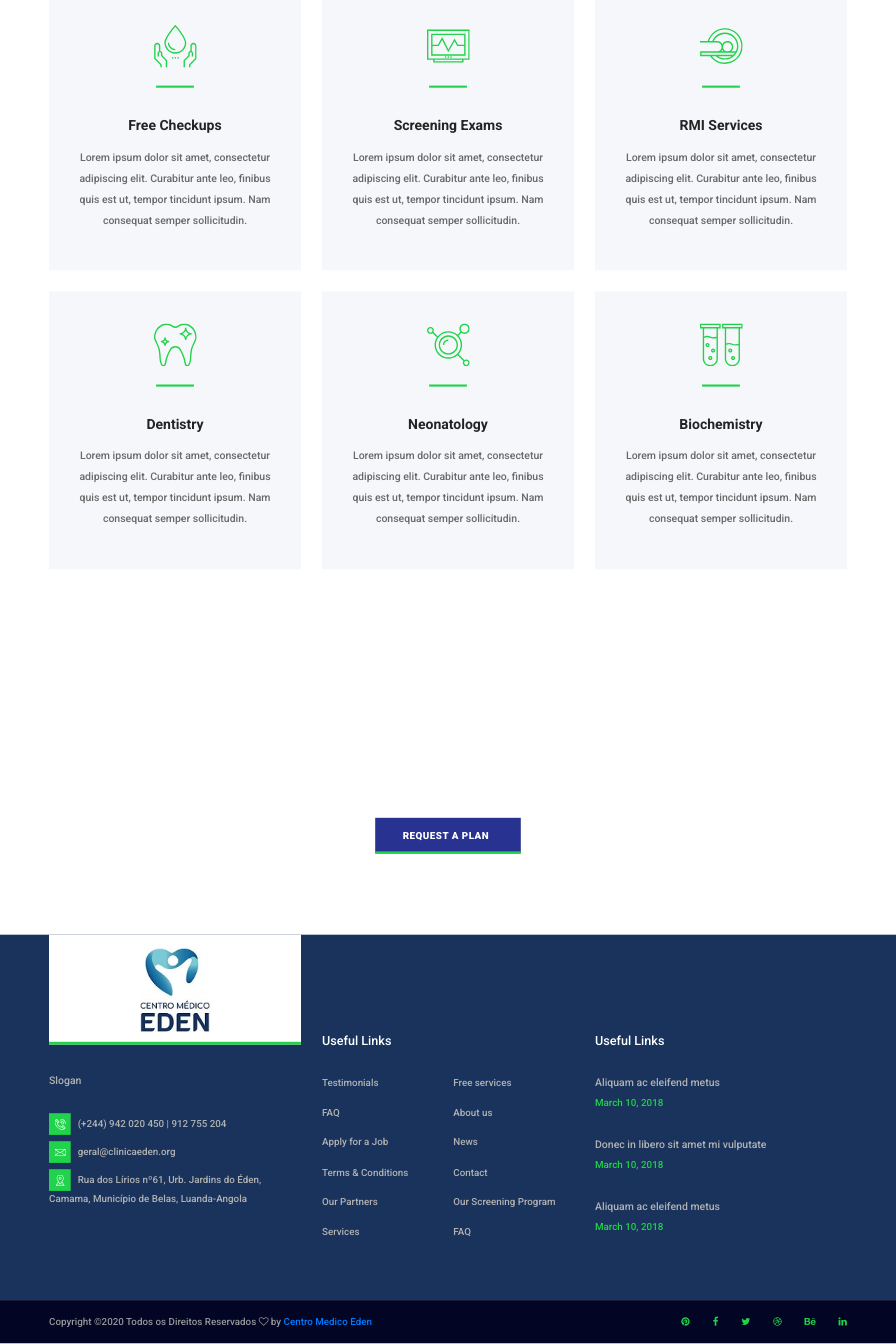
Repository: Nanitamo/centro-medico-eden-webpage
Page: index.html
An editor plug-in stored every save of this project. The page is shown before and after the next save, followed by the edit.
The browser window is 1280 px wide. The pictures show the part of the page from y = 2615 to 4535 px (the page is 4535 px tall before and 4518 px after), at 70% of full size.

Above is the page before, as saved 2020-06-18 15:44:08.

### index.html
<!DOCTYPE html>
<html lang="pt">
<head>
<title>Centro Médico Eden</title>
<meta charset="utf-8">
<meta http-equiv="X-UA-Compatible" content="IE=edge">
<meta name="description" content="CareMed demo project">
<meta name="viewport" content="width=device-width, initial-scale=1">
<link rel="stylesheet" type="text/css" href="styles/bootstrap4/bootstrap.min.css">
<link href="plugins/font-awesome-4.7.0/css/font-awesome.min.css" rel="stylesheet" type="text/css">
<link rel="stylesheet" type="text/css" href="plugins/OwlCarousel2-2.2.1/owl.carousel.css">
<link rel="stylesheet" type="text/css" href="plugins/OwlCarousel2-2.2.1/owl.theme.default.css">
<link rel="stylesheet" type="text/css" href="plugins/OwlCarousel2-2.2.1/animate.css">
<link rel="stylesheet" type="text/css" href="styles/main_styles.css">
<link rel="stylesheet" type="text/css" href="styles/responsive.css">
</head>
<body>

<div class="super_container">

	<!-- Header -->

	<header class="header trans_200">

		<!-- Top Bar -->
		<div class="top_bar">
			<div class="container">
				<div class="row">
					<div class="col">
						<div class="top_bar_content d-flex flex-row align-items-center justify-content-start">
							<!-- <div class="top_bar_item"><a href="#">FAQ</a></div>
							<div class="top_bar_item"><a href="#">Request an Appointment</a></div> -->
							<div class="emergencies  d-flex flex-row align-items-center justify-content-start ml-auto">Emergencias: +244 928 819 392</div>
						</div>

					</div>
				</div>
			</div>
		</div>

		<!-- Header Content -->
		<div class="header_container">
			<div class="container">
				<div class="row">
					<div class="col">
						<div class="header_content d-flex flex-row align-items-center justify-content-start">
							<nav class="main_nav ml-auto">
								<ul>
									<li><a href="index.html">Home</a></li>
									<li><a href="about.html">Sobre Nos</a></li>
									<li><a href="services.html">Serviços</a></li>
									<li><a href="news.html">News</a></li>
									<li><a href="contact.html">Contactos</a></li>
								</ul>
							</nav>
							<div class="hamburger ml-auto"><i class="fa fa-bars" aria-hidden="true"></i></div>
						</div>
					</div>
				</div>
			</div>
		</div>

		<!-- Logo -->
		<div class="logo_container_outer">
			<div class="container">
				<div class="row">
					<div class="col">
						<div class="logo_container">
							<a href="#">
								<div class="logo_content d-flex flex-column align-items-start justify-content-center">
									<!-- <div class="logo_line"></div>
									<div class="logo d-flex flex-row align-items-center justify-content-center">
										<div class="logo_text">Care<span>Med</span></div>
										<div class="logo_box">+</div>
									</div>
									<div class="logo_sub">Health Care Center</div> -->
									<img src="./images/logo.jpg" alt="Logotipo" >
								</div>
							</a>
						</div>
					</div>
				</div>
			</div>
		</div>

	</header>

	<!-- Menu -->

	<div class="menu_container menu_mm">

		<!-- Menu Close Button -->
		<div class="menu_close_container">
			<div class="menu_close"></div>
		</div>

		<!-- Menu Items -->
		<div class="menu_inner menu_mm">
			<div class="menu menu_mm">
				<ul class="menu_list menu_mm">
					<li class="menu_item menu_mm"><a href="index.html">Home</a></li>
					<li class="menu_item menu_mm"><a href="about.html">Sobre Nos</a></li>
					<li class="menu_item menu_mm"><a href="services.html">Serviços</a></li>
					<li class="menu_item menu_mm"><a href="news.html">News</a></li>
					<li class="menu_item menu_mm"><a href="contact.html">Contactos</a></li>
				</ul>
			</div>
			<div class="menu_extra">
				<div class="menu_appointment"><a href="#">Request an Appointment</a></div>
				<div class="menu_emergencies">Para Emergencias: +244 928 819 392</div>
			</div>

		</div>

	</div>

	<!-- Home -->

	<div class="home">
		<div class="home_slider_container">
			<!-- Home Slider -->
			<div class="owl-carousel owl-theme home_slider">

				<!-- Slider Item -->
				<div class="owl-item">
					<div class="home_slider_background" style="background-image:url(images/home_background_1.jpg)"></div>
					<div class="home_content">
						<div class="container">
							<div class="row">
								<div class="col">
									<div class="home_content_inner">
										<div class="home_title"><h1>Medicine made with care</h1></div>
										<div class="home_text">
											<p>Lorem ipsum dolor sit amet, consectetur adipiscing elit. Mauris tempus vestibulum mauris quis aliquam. Integer accumsan sodales odio, id tempus velit ullamcorper id. Quisque at erat eu.</p>
										</div>
										<div class="button home_button">
											<a href="#">read more</a>
										</div>
									</div>
								</div>
							</div>
						</div>
					</div>
				</div>

				<!-- Slider Item -->
				<div class="owl-item">
					<div class="home_slider_background" style="background-image:url(images/home_background_1.jpg)"></div>
					<div class="home_content">
						<div class="container">
							<div class="row">
								<div class="col">
									<div class="home_content_inner">
										<div class="home_title"><h1>Medicine made with care</h1></div>
										<div class="home_text">
											<p>Lorem ipsum dolor sit amet, consectetur adipiscing elit. Mauris tempus vestibulum mauris quis aliquam. Integer accumsan sodales odio, id tempus velit ullamcorper id. Quisque at erat eu.</p>
										</div>
										<div class="button home_button">
											<a href="#">read more</a>
										</div>
									</div>
								</div>
							</div>
						</div>
					</div>
				</div>

				<!-- Slider Item -->
				<div class="owl-item">
					<div class="home_slider_background" style="background-image:url(images/home_background_1.jpg)"></div>
					<div class="home_content">
						<div class="container">
							<div class="row">
								<div class="col">
									<div class="home_content_inner">
										<div class="home_title"><h1>Medicine made with care</h1></div>
										<div class="home_text">
											<p>Lorem ipsum dolor sit amet, consectetur adipiscing elit. Mauris tempus vestibulum mauris quis aliquam. Integer accumsan sodales odio, id tempus velit ullamcorper id. Quisque at erat eu.</p>
										</div>
										<div class="button home_button">
											<a href="#">read more</a>
										</div>
									</div>
								</div>
							</div>
						</div>
					</div>
				</div>

			</div>

			<!-- Slider Progress -->
			<div class="home_slider_progress"></div>
		</div>
	</div>

	<!-- 3 Boxes -->

	<div class="boxes">
		<div class="container">
			<div class="row">

				<!-- Box -->
				<div class="col-lg-4 box_col">
					<div class="box working_hours">
						<div class="box_icon d-flex flex-column align-items-start justify-content-center"><div style="width:29px; height:29px;"><img src="images/alarm-clock.svg" alt=""></div></div>
						<div class="box_title">Horário de Trabalho</div>
						<div class="working_hours_list">
							<ul>
								<li class="d-flex flex-row align-items-center justify-content-start">
									<div>Segunda – Sexta-Feira</div>
									<div class="ml-auto">8h00 – 19h00</div>
								</li>
								<li class="d-flex flex-row align-items-center justify-content-start">
									<div>Sábado</div>
									<div class="ml-auto">9h30 – 17h00</div>
								</li>
								<li class="d-flex flex-row align-items-center justify-content-start">
									<div>Domingo</div>
									<div class="ml-auto">9h30 – 15h00</div>
								</li>
							</ul>
						</div>
					</div>
				</div>

				<!-- Box -->
				<!-- <div class="col-lg-4 box_col">
					<div class="box box_appointments">
						<div class="box_icon d-flex flex-column align-items-start justify-content-center"><div style="width: 29px; height:29px;"><img src="images/phone-call.svg" alt=""></div></div>
						<div class="box_title">Appointments</div>
						<div class="box_text">Lorem ipsum dolor sit amet, consectetur adipiscing elit. Curabitur ante leo, finibus quis est ut, tempor tincidunt ipsum. Nam cons equat semper sollicitudin.</div>
					</div>
				</div> -->

				<!-- Box -->
				<div class="col-lg-4 box_col">
					<div class="box box_emergency">
						<div class="box_icon d-flex flex-column align-items-start justify-content-center"><div style="width: 37px; height:37px; margin-left:-4px;"><img src="images/bell.svg" alt=""></div></div>
						<div class="box_title">Contactos de Emergencias</div>
						<div class="box_phone">+244 928 819 392</div>
						<div class="box_emergency_text">Lorem ipsum dolor sit amet, consectetur adipiscing elit. Curabitur ante leo.</div>
					</div>
				</div>

			</div>
		</div>
	</div>

	<!-- About -->

	<div class="about">
		<div class="container">
			<div class="row row-lg-eq-height">

				<!-- About Content -->
				<div class="col-lg-7">
					<div class="about_content">
						<div class="section_title"><h2>A great medical team to help your needs</h2></div>
						<div class="about_text">
							<p>Lorem ipsum dolor sit amet, consectetur adipiscing elit. Curabitur ante leo, finibus quis est ut, tempor tincidunt ipsum. Nam consequat semper sollicitudin. Aliquam nec dapibus massa. Pellen tesque in luctus ex. Praesent luctus erat sit amet tortor aliquam bibendum. Nulla ut molestie augue, scelerisque consectetur quam. Dolor sit amet, consectetur adipiscing elit. Cura bitur ante leo, finibus quis est ut, tempor tincidunt ipsum. Nam consequat semper sollicitudin. Aliquam nec dapibus massa. Pellentesque in luctus ex.</p>
						</div>
						<div class="button about_button">
							<a href="#">read more</a>
						</div>
					</div>
				</div>

				<!-- About Image -->
				<div class="col-lg-5">
					<div class="about_image"><img src="images/about.png" alt=""></div>
				</div>
			</div>
		</div>
	</div>

	<!-- Departments -->

	<div class="departments">
		<div class="departments_background parallax-window" data-parallax="scroll" data-image-src="images/departments.jpg" data-speed="0.8"></div>
		<div class="container">
			<div class="row">
				<div class="col">
					<div class="section_title section_title_light"><h2>Our Medical Departments</h2></div>
				</div>
			</div>
			<div class="row departments_row row-md-eq-height">

				<!-- Department -->
				<div class="col-lg-3 col-md-6 dept_col">
					<div class="dept">
						<div class="dept_image"><img src="images/dept_1.jpg" alt=""></div>
						<div class="dept_content text-center">
							<div class="dept_title">plastic surgery</div>
							<div class="dept_subtitle">Dr. James Smith</div>
						</div>
					</div>
				</div>

				<!-- Department -->
				<div class="col-lg-3 col-md-6 dept_col">
					<div class="dept">
						<div class="dept_image"><img src="images/dept_2.jpg" alt=""></div>
						<div class="dept_content text-center">
							<div class="dept_title">gastroenterology</div>
							<div class="dept_subtitle">Dr. Gunter Roscoe</div>
						</div>
					</div>
				</div>

				<!-- Department -->
				<div class="col-lg-3 col-md-6 dept_col">
					<div class="dept">
						<div class="dept_image"><img src="images/dept_3.jpg" alt=""></div>
						<div class="dept_content text-center">
							<div class="dept_title">dentistry</div>
							<div class="dept_subtitle">Dr. Maria Williams</div>
						</div>
					</div>
				</div>

				<!-- Department -->
				<div class="col-lg-3 col-md-6 dept_col">
					<div class="dept">
						<div class="dept_text">
							<p>Lorem ipsum dolor sit amet, consectetur adipiscing elit. Curabitur ante leo, finibus quis est ut, tempor tincidunt ipsum. Nam consequat semper sollicitudin. Aliquam nec dap ibus massa. Pellen tesque in luctus ex.</p>
						</div>
						<div class="button dept_button"><a href="#">read more</a></div>
					</div>
				</div>
			</div>
		</div>
	</div>

	<!-- Services -->

	<div class="services">
		<div class="container">
			<div class="row">
				<div class="col">
					<div class="section_title"><h2>Our Featured Services</h2></div>
				</div>
			</div>
			<div class="row services_row">

				<!-- Service -->
				<div class="col-lg-4 col-md-6 service_col">
					<a href="services.html">
						<div class="service text-center trans_200">
							<div class="service_icon"><img class="svg" src="images/service_1.svg" alt=""></div>
							<div class="service_title trans_200">Free Checkups</div>
							<div class="service_text">
								<p>Lorem ipsum dolor sit amet, consectetur adipiscing elit. Curabitur ante leo, finibus quis est ut, tempor tincidunt ipsum. Nam consequat semper sollicitudin.</p>
							</div>
						</div>
					</a>
				</div>

				<!-- Service -->
				<div class="col-lg-4 col-md-6 service_col">
					<a href="services.html">
						<div class="service text-center trans_200">
							<div class="service_icon"><img class="svg" src="images/service_2.svg" alt=""></div>
							<div class="service_title trans_200">Screening Exams</div>
							<div class="service_text">
								<p>Lorem ipsum dolor sit amet, consectetur adipiscing elit. Curabitur ante leo, finibus quis est ut, tempor tincidunt ipsum. Nam consequat semper sollicitudin.</p>
							</div>
						</div>
					</a>
				</div>

				<!-- Service -->
				<div class="col-lg-4 col-md-6 service_col">
					<a href="services.html">
						<div class="service text-center trans_200">
							<div class="service_icon"><img class="svg" src="images/service_3.svg" alt=""></div>
							<div class="service_title trans_200">RMI Services</div>
							<div class="service_text">
								<p>Lorem ipsum dolor sit amet, consectetur adipiscing elit. Curabitur ante leo, finibus quis est ut, tempor tincidunt ipsum. Nam consequat semper sollicitudin.</p>
							</div>
						</div>
					</a>
				</div>

				<!-- Service -->
				<div class="col-lg-4 col-md-6 service_col">
					<a href="services.html">
						<div class="service text-center trans_200">
							<div class="service_icon"><img class="svg" src="images/service_4.svg" alt=""></div>
							<div class="service_title trans_200">Dentistry</div>
							<div class="service_text">
								<p>Lorem ipsum dolor sit amet, consectetur adipiscing elit. Curabitur ante leo, finibus quis est ut, tempor tincidunt ipsum. Nam consequat semper sollicitudin.</p>
							</div>
						</div>
					</a>
				</div>

				<!-- Service -->
				<div class="col-lg-4 col-md-6 service_col">
					<a href="services.html">
						<div class="service text-center trans_200">
							<div class="service_icon"><img class="svg" src="images/service_5.svg" alt=""></div>
							<div class="service_title trans_200">Neonatology</div>
							<div class="service_text">
								<p>Lorem ipsum dolor sit amet, consectetur adipiscing elit. Curabitur ante leo, finibus quis est ut, tempor tincidunt ipsum. Nam consequat semper sollicitudin.</p>
							</div>
						</div>
					</a>
				</div>

				<!-- Service -->
				<div class="col-lg-4 col-md-6 service_col">
					<a href="services.html">
						<div class="service text-center trans_200">
							<div class="service_icon"><img class="svg" src="images/service_6.svg" alt=""></div>
							<div class="service_title trans_200">Biochemistry</div>
							<div class="service_text">
								<p>Lorem ipsum dolor sit amet, consectetur adipiscing elit. Curabitur ante leo, finibus quis est ut, tempor tincidunt ipsum. Nam consequat semper sollicitudin.</p>
							</div>
						</div>
					</a>
				</div>
			</div>
		</div>
	</div>

	<!-- Call to action -->

	<div class="cta">
		<div class="cta_background parallax-window" data-parallax="scroll" data-image-src="images/cta.jpg" data-speed="0.8"></div>
		<div class="container">
			<div class="row">
				<div class="col">
					<div class="cta_content text-center">
						<h2>Need a personal health plan?</h2>
						<p>Duis massa massa, mollis vel ullamcorper quis, finibus et urna. Aliquam ac eleifend metus. Ut sollicitudin risus ex</p>
						<div class="button cta_button"><a href="#">request a plan</a></div>
					</div>
				</div>
			</div>
		</div>
	</div>

	<!-- Footer -->

	<footer class="footer">
		<div class="footer_container">
			<div class="container">
				<div class="row">

					<!-- Footer - About -->
					<div class="col-lg-4 footer_col">
						<div class="footer_about">
							<div class="footer_logo_container">
								<a href="#" class="d-flex flex-column align-items-center justify-content-center">
									<!-- <div class="logo_content">
										<div class="logo d-flex flex-row align-items-center justify-content-center">
											<div class="logo_text">Care<span>Med</span></div>
											<div class="logo_box">+</div>
										</div>
										<div class="logo_sub">Health Care Center</div>
									</div> -->
									<img src="./images/logo.jpg" alt="Logotipo">
								</a>
							</div>
							<div class="footer_about_text">
								<p>Slogan</p>
							</div>
							<ul class="footer_about_list">
								<li><div class="footer_about_icon"><img src="images/phone-call.svg" alt=""></div><span>(+244) 942 020 450 | 912 755 204</span></li>
								<li><div class="footer_about_icon"><img src="images/envelope.svg" alt=""></div><span>geral@clinicaeden.org</span></li>
								<li><div class="footer_about_icon"><img src="images/placeholder.svg" alt=""></div><span>Rua dos Lírios nº61, Urb. Jardins do Éden, Camama, Município de Belas, Luanda-Angola</span></li>
							</ul>
						</div>
					</div>

					<!-- Footer - Links -->
					<div class="col-lg-4 footer_col">
						<div class="footer_links footer_column">
							<div class="footer_title">Useful Links</div>
							<ul>
								<li><a href="#">Testimonials</a></li>
								<li><a href="#">FAQ</a></li>
								<li><a href="#">Apply for a Job</a></li>
								<li><a href="#">Terms & Conditions</a></li>
								<li><a href="#">Our Partners</a></li>
								<li><a href="#">Services</a></li>
								<li><a href="#">Free services</a></li>
								<li><a href="#">About us</a></li>
								<li><a href="#">News</a></li>
								<li><a href="#">Contact</a></li>
								<li><a href="#">Our Screening Program</a></li>
								<li><a href="#">FAQ</a></li>
							</ul>
						</div>
					</div>

					<!-- Footer - News -->
					<div class="col-lg-4 footer_col">
						<div class="footer_news footer_column">
							<div class="footer_title">Useful Links</div>
							<ul>
								<li>
									<div class="footer_news_title"><a href="news.html">Aliquam ac eleifend metus</a></div>
									<div class="footer_news_date">March 10, 2018</div>
								</li>
								<li>
									<div class="footer_news_title"><a href="news.html">Donec in libero sit amet mi vulputate</a></div>
									<div class="footer_news_date">March 10, 2018</div>
								</li>
								<li>
									<div class="footer_news_title"><a href="news.html">Aliquam ac eleifend metus</a></div>
									<div class="footer_news_date">March 10, 2018</div>
								</li>
							</ul>
						</div>
					</div>
				</div>
			</div>
		</div>
		<div class="copyright">
			<div class="container">
				<div class="row">
					<div class="col">
						<div class="copyright_content d-flex flex-lg-row flex-column align-items-lg-center justify-content-start">
							<div class="cr"><!-- Link back to Colorlib can't be removed. Template is licensed under CC BY 3.0. -->
						Copyright &copy;<script>document.write(new Date().getFullYear());</script> Todos os Direitos Reservados <i class="fa fa-heart-o" aria-hidden="true"></i> by <a href="" target="_blank">Centro Medico Eden</a>
<!-- Link back to Colorlib can't be removed. Template is licensed under CC BY 3.0. --></div>
							<div class="footer_social ml-lg-auto">
								<ul>
									<li><a href="#"><i class="fa fa-pinterest" aria-hidden="true"></i></a></li>
									<li><a href="#"><i class="fa fa-facebook" aria-hidden="true"></i></a></li>
									<li><a href="#"><i class="fa fa-twitter" aria-hidden="true"></i></a></li>
									<li><a href="#"><i class="fa fa-dribbble" aria-hidden="true"></i></a></li>
									<li><a href="#"><i class="fa fa-behance" aria-hidden="true"></i></a></li>
									<li><a href="#"><i class="fa fa-linkedin" aria-hidden="true"></i></a></li>
								</ul>
							</div>
						</div>
					</div>
				</div>
			</div>
		</div>
	</footer>
</div>

<script src="js/jquery-3.2.1.min.js"></script>
<script src="styles/bootstrap4/popper.js"></script>
<script src="styles/bootstrap4/bootstrap.min.js"></script>
<script src="plugins/OwlCarousel2-2.2.1/owl.carousel.js"></script>
<script src="plugins/easing/easing.js"></script>
<script src="plugins/parallax-js-master/parallax.min.js"></script>
<script src="js/custom.js"></script>
</body>
</html>

Loaded but not shown: styles/bootstrap4/bootstrap.min.css (library); plugins/font-awesome-4.7.0/css/font-awesome.min.css (library); plugins/OwlCarousel2-2.2.1/owl.carousel.css (library); plugins/OwlCarousel2-2.2.1/owl.theme.default.css (common file); plugins/OwlCarousel2-2.2.1/animate.css (library); js/jquery-3.2.1.min.js (library); styles/bootstrap4/popper.js (library); styles/bootstrap4/bootstrap.min.js (library); plugins/OwlCarousel2-2.2.1/owl.carousel.js (library); plugins/easing/easing.js (library); plugins/parallax-js-master/parallax.min.js (library); js/custom.js (204 lines, source omitted); styles/main_styles.css (1312 lines, source omitted); styles/responsive.css (427 lines, source omitted)

After the next save:
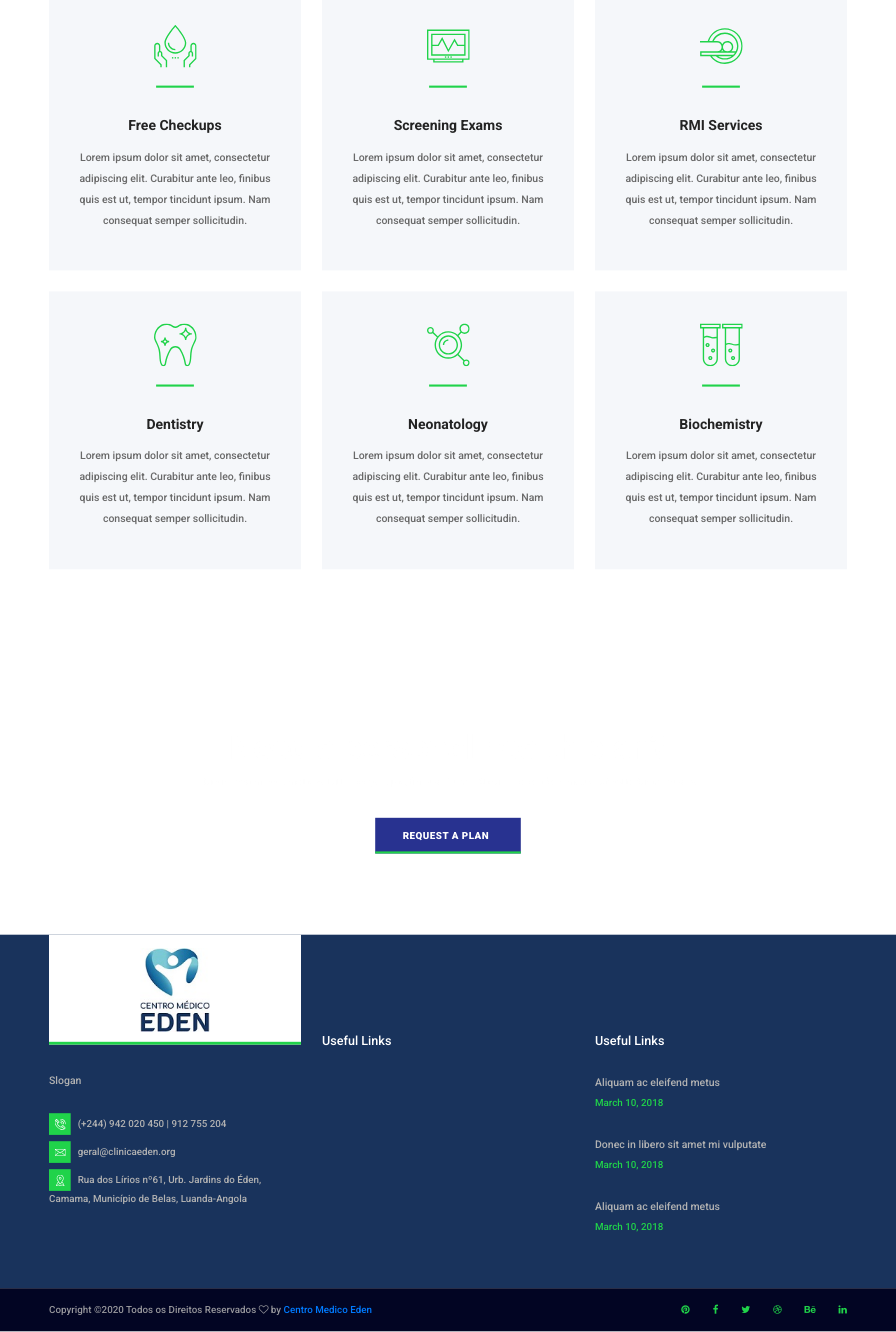
Saved 54 s later.
--- a/index.html
+++ b/index.html
@@ -479,7 +479,7 @@
 						<div class="footer_links footer_column">
 							<div class="footer_title">Useful Links</div>
 							<ul>
-								<li><a href="#">Testimonials</a></li>
+								<!-- <li><a href="#">Testimonials</a></li>
 								<li><a href="#">FAQ</a></li>
 								<li><a href="#">Apply for a Job</a></li>
 								<li><a href="#">Terms & Conditions</a></li>
@@ -490,7 +490,7 @@
 								<li><a href="#">News</a></li>
 								<li><a href="#">Contact</a></li>
 								<li><a href="#">Our Screening Program</a></li>
-								<li><a href="#">FAQ</a></li>
+								<li><a href="#">FAQ</a></li> -->
 							</ul>
 						</div>
 					</div>
